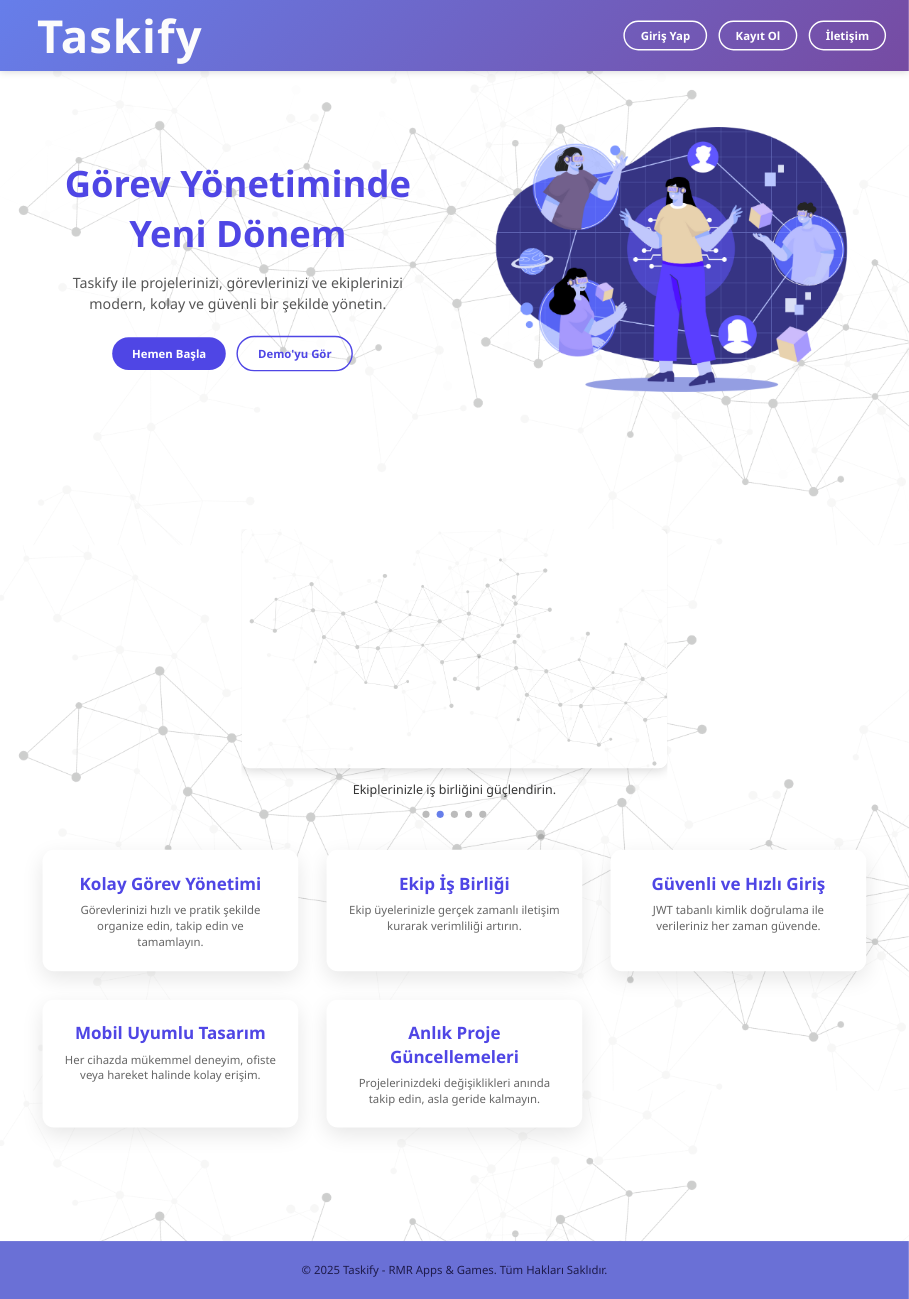
Repository: rumeyssaasya/TaskifyFrontendExample
Page: /
The author's editor kept a copy of each file at every save. The page is drawn from the files as they stood at one save, then again after the next save.
The browser window is 1280 px wide. The pictures show the whole page, at 71% of full size.
The project was rebuilt for these pictures with package versions that can differ from the ones it lists, and the page was loaded fresh each time. Also part of the build but not shown: vite.config.ts, src/api/axios.ts, src/pages/Login/login.css, src/pages/Login/login.tsx, src/pages/Register/register.css, src/pages/Register/register.tsx, src/component/ProfileDropDownMenu/profileDropDownMenu.css, src/component/ProfileDropDownMenu/profileDropDownMenu.tsx and 32 more.

Above is the page before, as saved 2025-08-13 01:15:51.

After the next save:
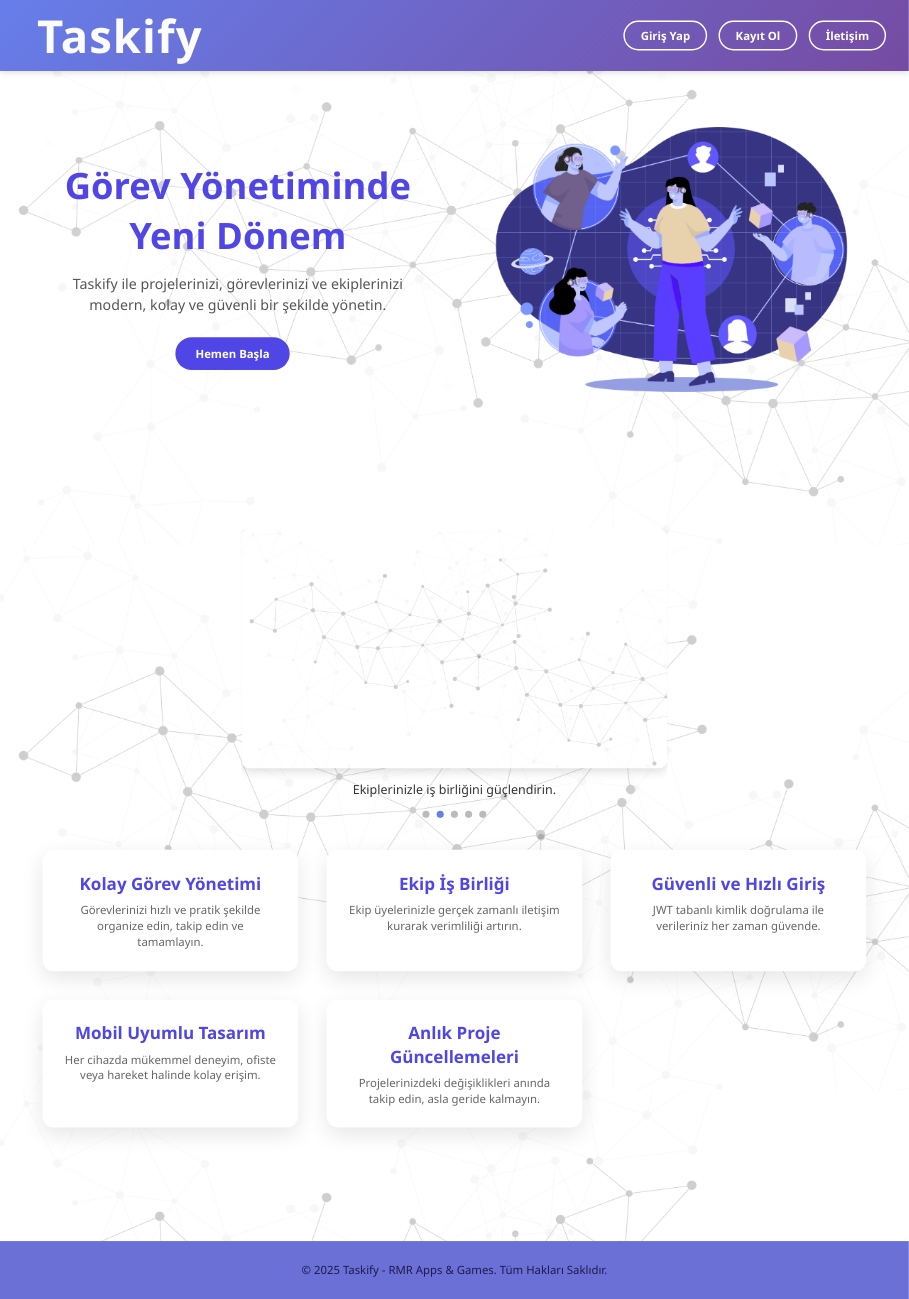
Saved 2 min 55 s later.
--- a/src/pages/Landing/landing.tsx
+++ b/src/pages/Landing/landing.tsx
@@ -92,9 +92,6 @@
               <button onClick={() => navigate("/auth/register")} className="btn primary">
                 Hemen Başla
               </button>
-              <button onClick={() => navigate("/projects")} className="btn secondary">
-                Demo'yu Gör
-              </button>
             </div>
           </div>
           <div className="hero-image">
